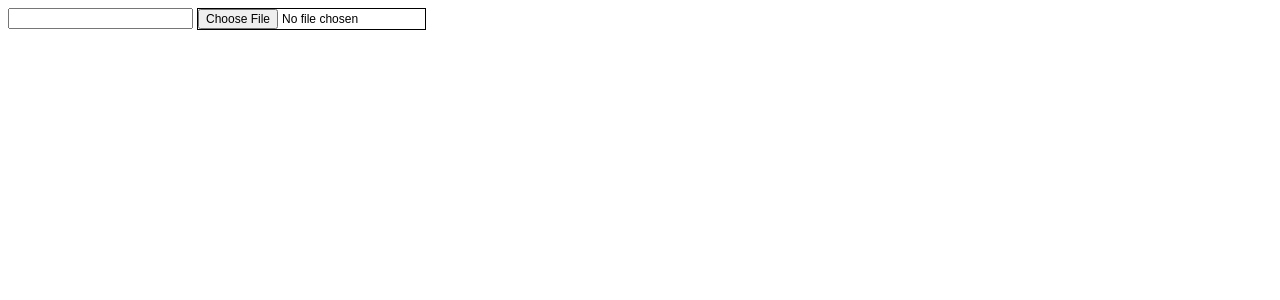
Repository: Belbos/workspace
Page: http://localhost/sample1/
The author's editor kept a copy of each file at every save. The page is drawn from the files as they stood at one save, then again after the next save.
The browser window is 1280 px wide. The pictures show the whole page.
The page is served by Tomcat 9.

Above is the page before, as saved 2017-03-09 06:16:39.

### sample1/WebContent/index.jsp
<%@ page language="java" contentType="text/html; charset=EUC-KR"
    pageEncoding="EUC-KR"%>
<!DOCTYPE html PUBLIC "-//W3C//DTD HTML 4.01 Transitional//EN" "http://www.w3.org/TR/html4/loose.dtd">
<html>
<head>
<meta http-equiv="Content-Type" content="text/html; charset=EUC-KR">
<title>Insert title here</title>
</head>
<body>
<input type="text">
 <INPUT style="BORDER-RIGHT: #000000 1px solid; BORDER-TOP: #000000 1px solid; FONT-SIZE: 9pt; BORDER-LEFT: #000000 1px solid; COLOR: #000000; BORDER-BOTTOM: #000000 1px solid" type=file name="fileName" size="20">
</body>
</html>

After the next save:
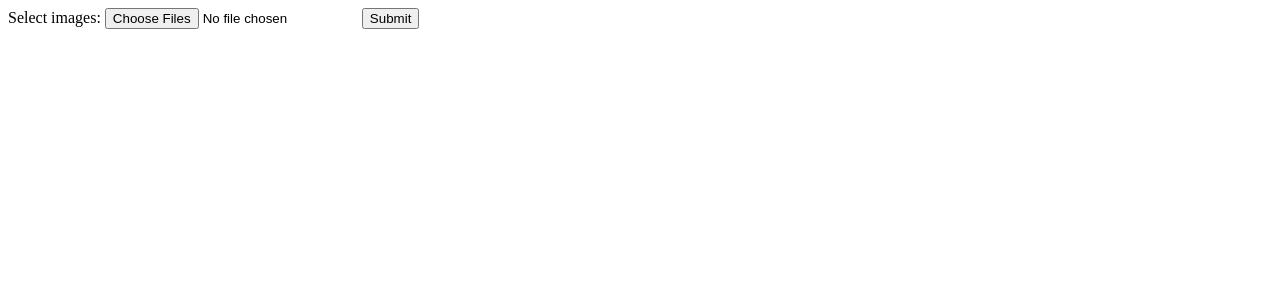
Saved 2 min 8 s later.
--- a/sample1/WebContent/index.jsp
+++ b/sample1/WebContent/index.jsp
@@ -7,7 +7,9 @@
 <title>Insert title here</title>
 </head>
 <body>
-<input type="text">
- <INPUT style="BORDER-RIGHT: #000000 1px solid; BORDER-TOP: #000000 1px solid; FONT-SIZE: 9pt; BORDER-LEFT: #000000 1px solid; COLOR: #000000; BORDER-BOTTOM: #000000 1px solid" type=file name="fileName" size="20">
+<form action="/action_page.php">
+   Select images: <input type="file" name="img" multiple>
+   <input type="submit">
+</form>
 </body>
 </html>
